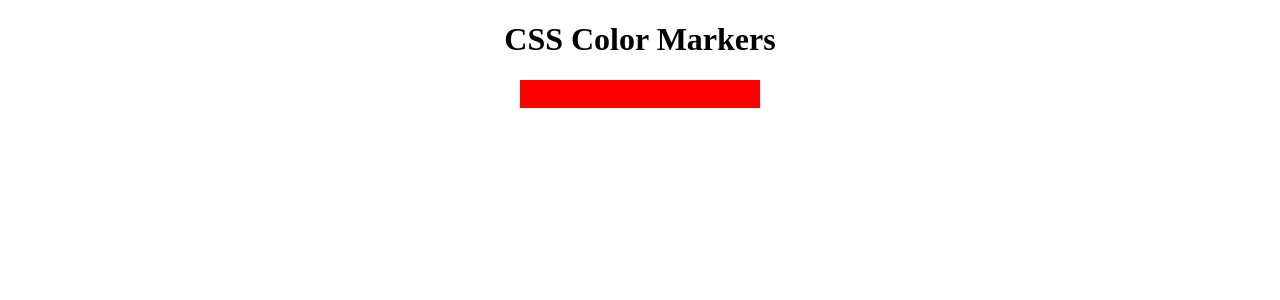
Repository: Lungdjos/color_markers
Page: index.html
These files come from the project's save history. The page is drawn as it stood at one moment and after the next save; the edit follows.
The browser window is 1280 px wide. The pictures show the whole page.

Above is the page before, as saved 2023-09-13 10:55:41.

After the next save:
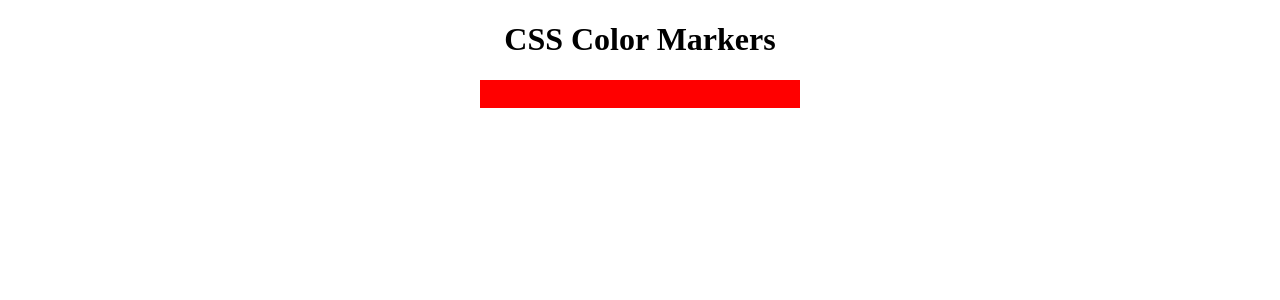
Saved 19 s later.
--- a/styles.css
+++ b/styles.css
@@ -6,7 +6,7 @@
 
 .marker {
     background-color: red;
-    width: 240px;
+    width: 320px;
     height: 28px;
     margin: auto;
 }
